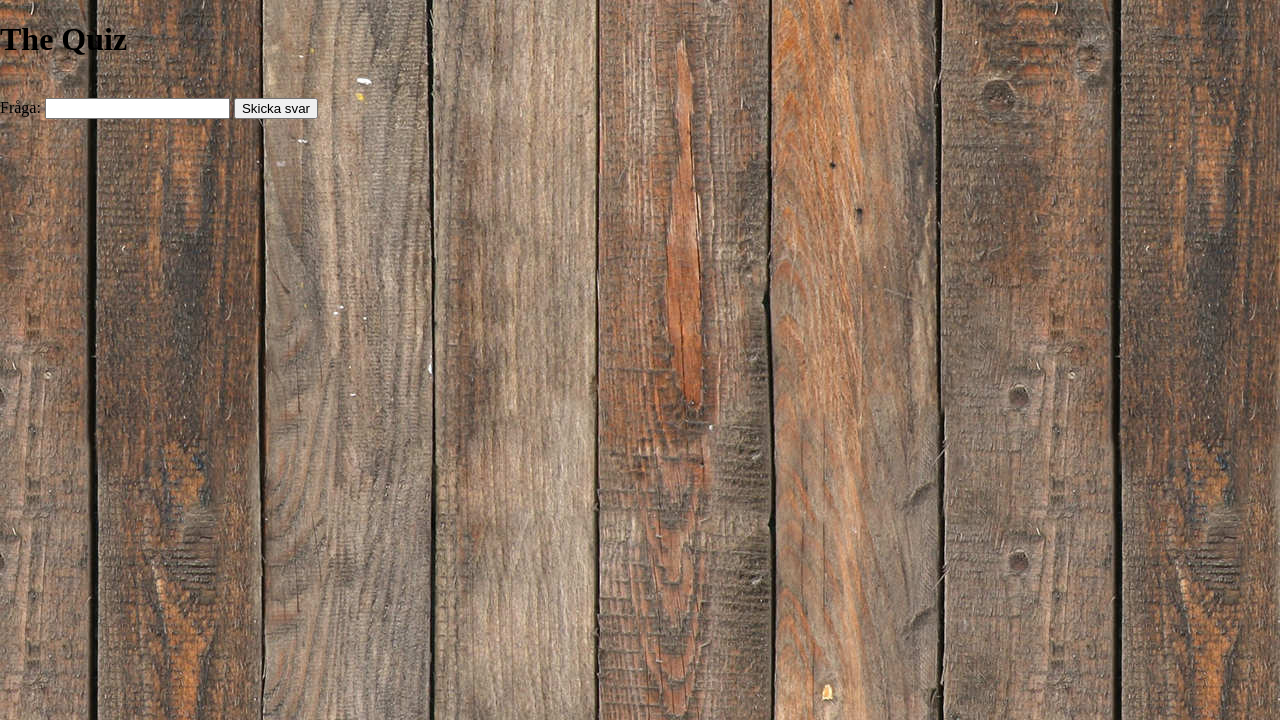
Repository: LindaOtt/1dv403-lo222hd-laborationer
Page: 5-pwd/index.html
The author's editor kept a record of every edit. The page is drawn from the files as they stood at one moment, then again after the next edit.
The browser window is 1280 px wide. The pictures show the whole page.

Above is the page before.

After the next edit:
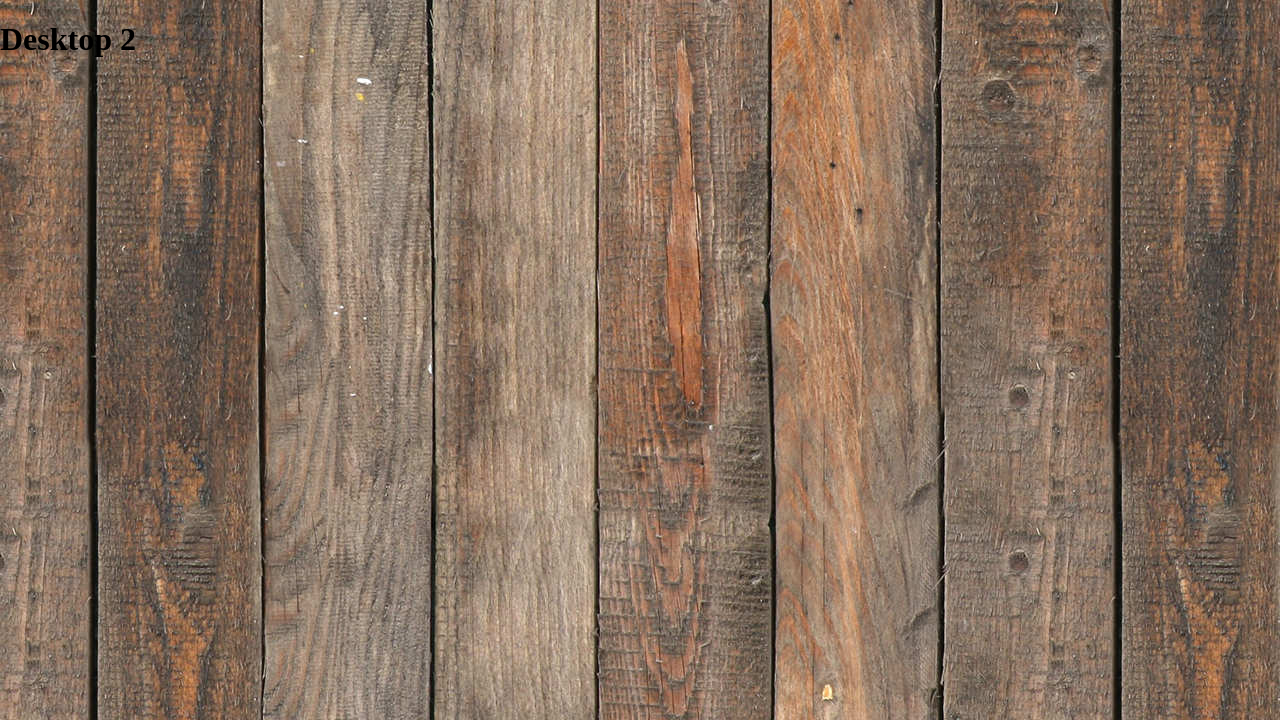
Console error: TypeError: Cannot read properties of null (reading 'addEventListener')
The edit:
--- a/5-pwd/index.html
+++ b/5-pwd/index.html
@@ -7,14 +7,8 @@
         <link rel="stylesheet" type="text/css" href="css/style.css">
     </head>
     <body>
-        <h1>The Quiz</h1>
-            <div id="question"></div><br>
-            <form id="form" onsubmit="return false;">
-                <label id="lableanswer" for="answer">Fråga:</label>
-                <input id="answer" name="answer" type="text">
-
-                <input id="submitButton" type="submit" value="Skicka svar">
-            </form>
+        <h1>Desktop 2</h1>
+        <div id="desktop">
         </div>
     </body>
 </html>
